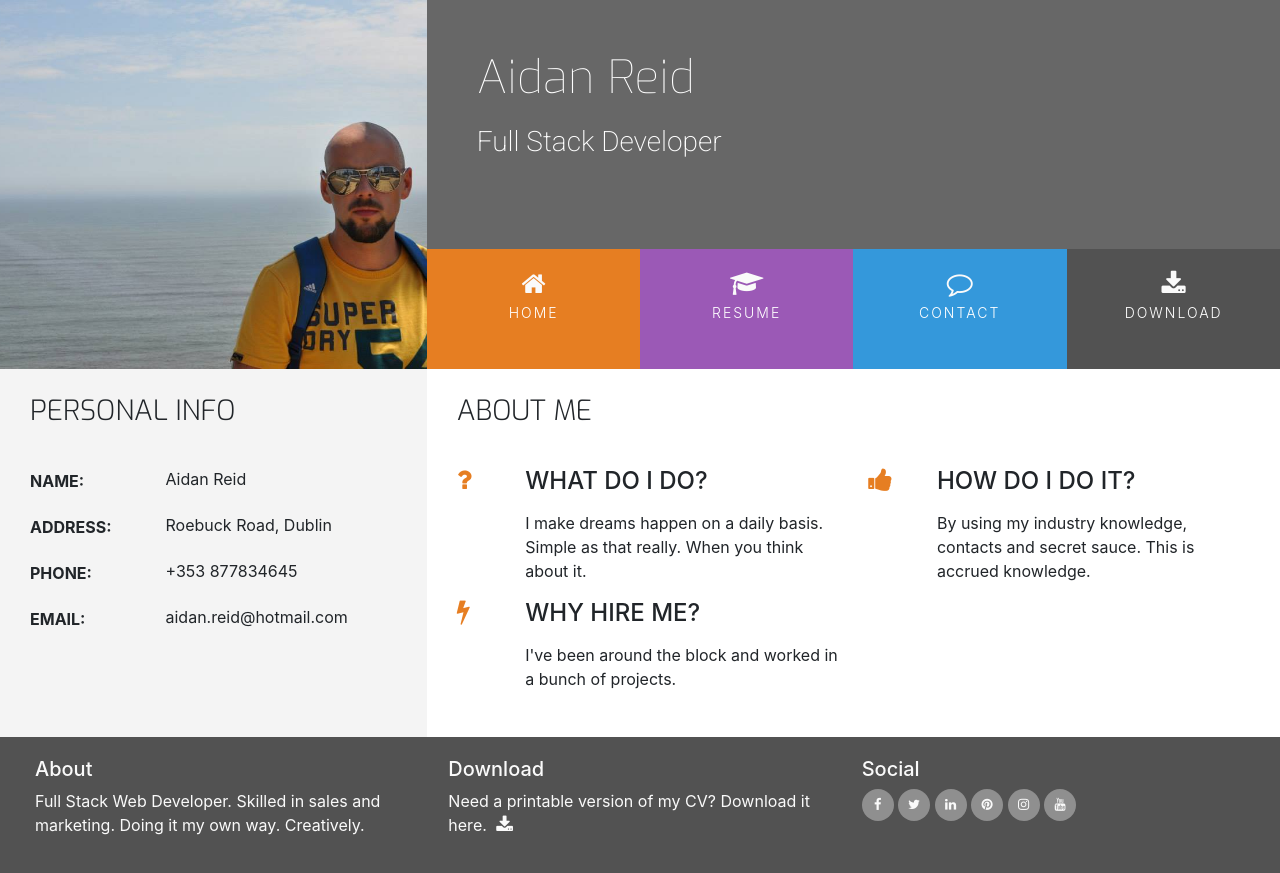
Repository: AidanJReid/Resume
Page: index.html
The author's editor kept a record of every edit. The page is drawn from the files as they stood at one moment, then again after the next edit.
The browser window is 1280 px wide. The pictures show the whole page.

Above is the page before.

After the next edit:
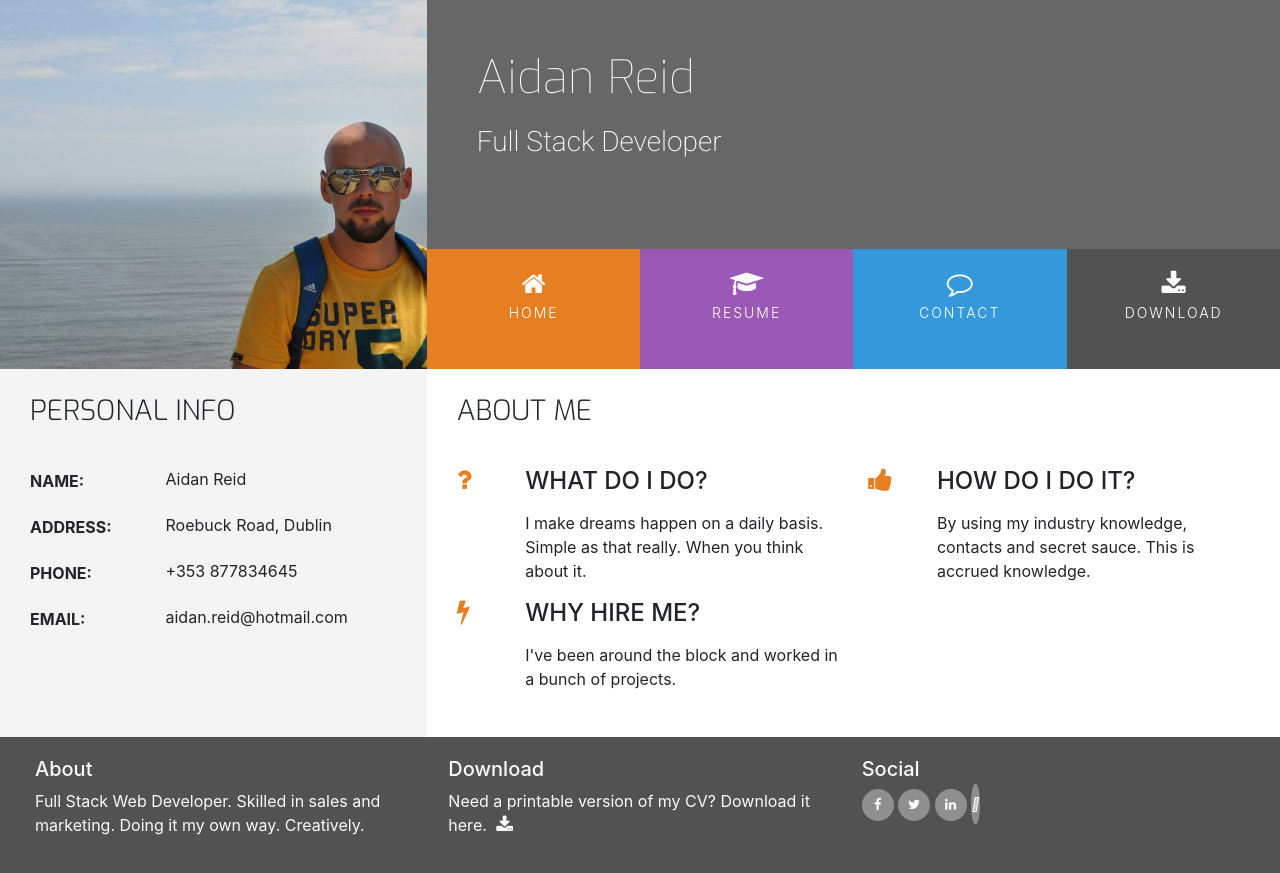
The edit:
--- a/index.html
+++ b/index.html
@@ -130,8 +130,7 @@
                             <div class="col-10">
                                 <h4 class="three-reasons-heading uppercase" aria-hidden="true">What do I do?</h4>
                                 <p>
-                                    I make dreams happen on a daily basis. Simple as that really.
-                                    When you think about it.
+                                    I make dreams happen on a daily basis. Simple as that really. When you think about it.
                                 </p>
                             </div>
                         </div>
@@ -207,20 +206,8 @@
                     </li>
                     <li class="list-inline-item">
                         <a target="_blank" href="#">
-                            <i class="fa fa-pinterest" aria-hidden="true"></i>
-                            <span class="sr-only">Pinterest</span>
-                        </a>
-                    </li>
-                    <li class="list-inline-item">
-                        <a target="_blank" href="#">
-                            <i class="fa fa-instagram" aria-hidden="true"></i>
-                            <span class="sr-only">Instagram</span>
-                        </a>
-                    </li>
-                    <li class="list-inline-item">
-                        <a target="_blank" href="#">
-                            <i class="fa fa-youtube" aria-hidden="true"></i>
-                            <span class="sr-only">Youtube</span>
+                            <i href="https://github.com/AidanJReid" class="fab fa-github" aria-hidden="true"></i>
+                            <span class="sr-only">Github</span>
                         </a>
                     </li>
                 </ul>
